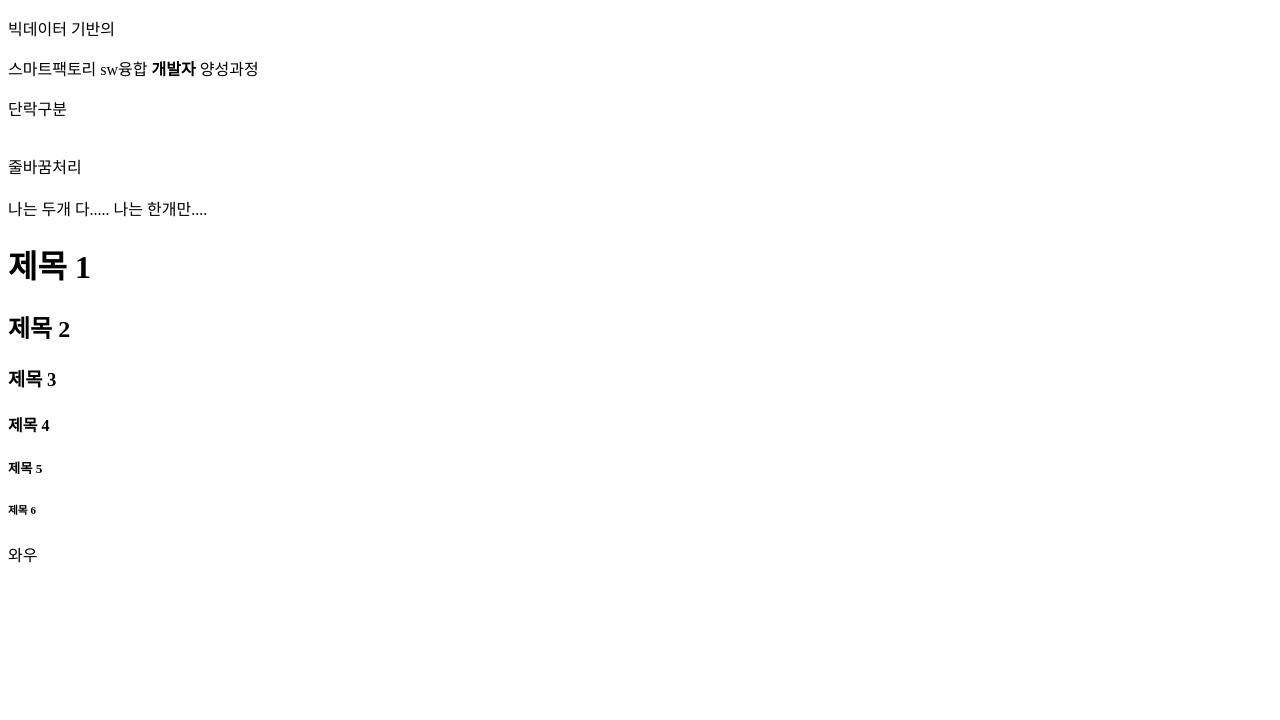
Repository: nijooymik/smartfactory
Page: jsp/t0718/src/main/webapp/html/test02.html
These files come from the project's save history. The page is drawn as it stood at one moment and after the next save; the edit follows.
The browser window is 1280 px wide. The pictures show the whole page.

Above is the page before, as saved 2022-07-18 02:05:09.

After the next save:
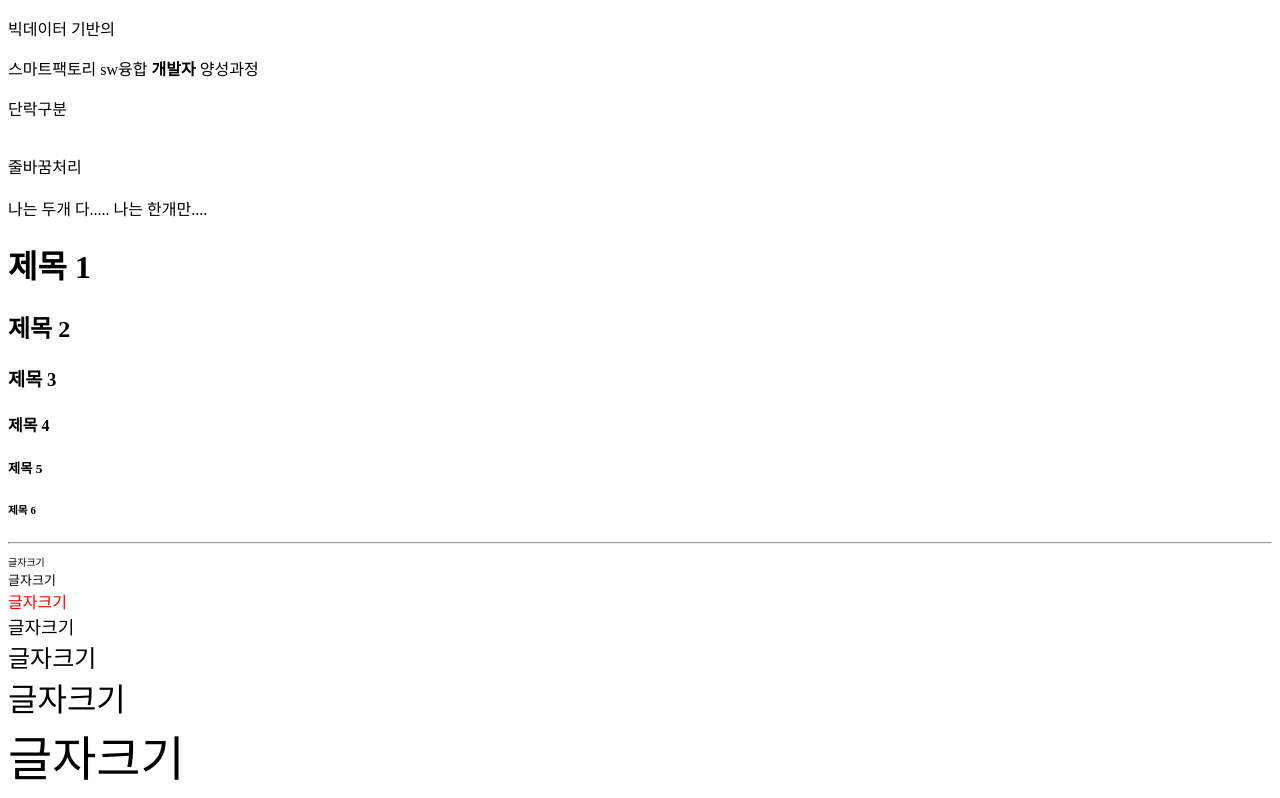
Saved 2 min 26 s later.
--- a/jsp/t0718/src/main/webapp/html/test02.html
+++ b/jsp/t0718/src/main/webapp/html/test02.html
@@ -21,6 +21,14 @@
 	<h4>제목 4</h4>
 	<h5>제목 5</h5>
 	<h6>제목 6</h6>
-	와우
+	<hr>
+	<font size=1>글자크기</font><br>
+	<font size=2>글자크기</font><br>
+	<font size=3 color="red">글자크기</font><br>
+	<font size=4>글자크기</font><br>
+	<font size=5>글자크기</font><br>
+	<font size=6>글자크기</font><br>
+	<font size=17>글자크기</font><br>
+
 </body>
 </html>
